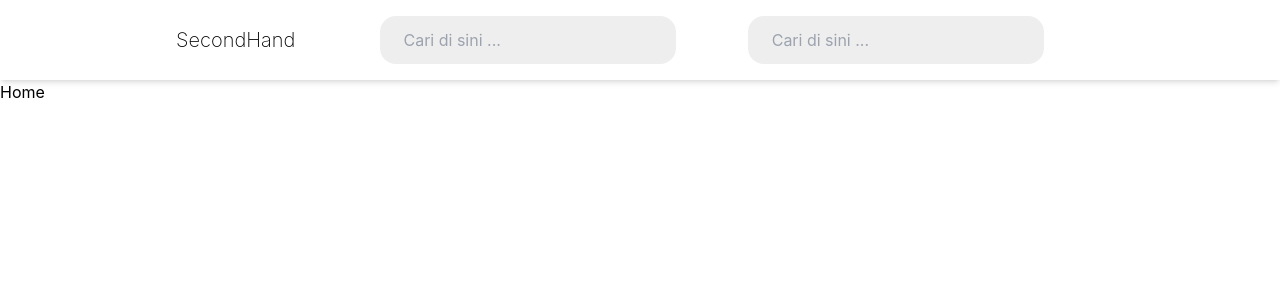
Repository: farrelmuhammad/real-estate-react
Page: /
The author's editor kept a copy of each file at every save. The page is drawn from the files as they stood at one save, then again after the next save.
The browser window is 1280 px wide. The pictures show the whole page.
The project was rebuilt for these pictures with package versions that can differ from the ones it lists, and the page was loaded fresh each time. Also part of the build but not shown: src/App.css.

Above is the page before, as saved 2023-02-06 18:33:39.

After the next save:
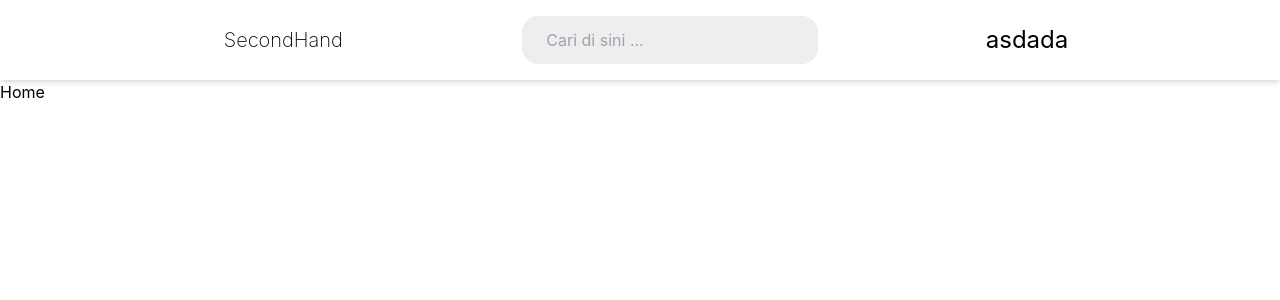
Saved 7 s later.
--- a/src/components/Navbar.jsx
+++ b/src/components/Navbar.jsx
@@ -18,20 +18,12 @@ const Navbar = () => {
                             {/* <FiSearch className="text-2xl" /> */}
                         </div>
                     </div>
-                    <div className="hidden lg:flex gap-5 items-center lg:flex-grow-0">
-                        <div className="h-12 bg-white rounded-2xl py-3 px-6 text-neutral-3 flex lg:bg-[#EEEEEE]">
-                            <input
-                                className="w-full h-full bg-transparent focus:outline-none"
-                                placeholder="Cari di sini ..."
-                            />
-                            {/* <FiSearch className="text-2xl" /> */}
-                        </div>
-                    </div>
+
 
                     <div className="w-8 lg:w-auto lg:flex-grow-0">
                         <div className="lg:flex gap-4 items-center text-2xl hidden">
                             {/* <FiList /> */}
-
+                            asdada
                         </div>
                     </div>
                 </div>
